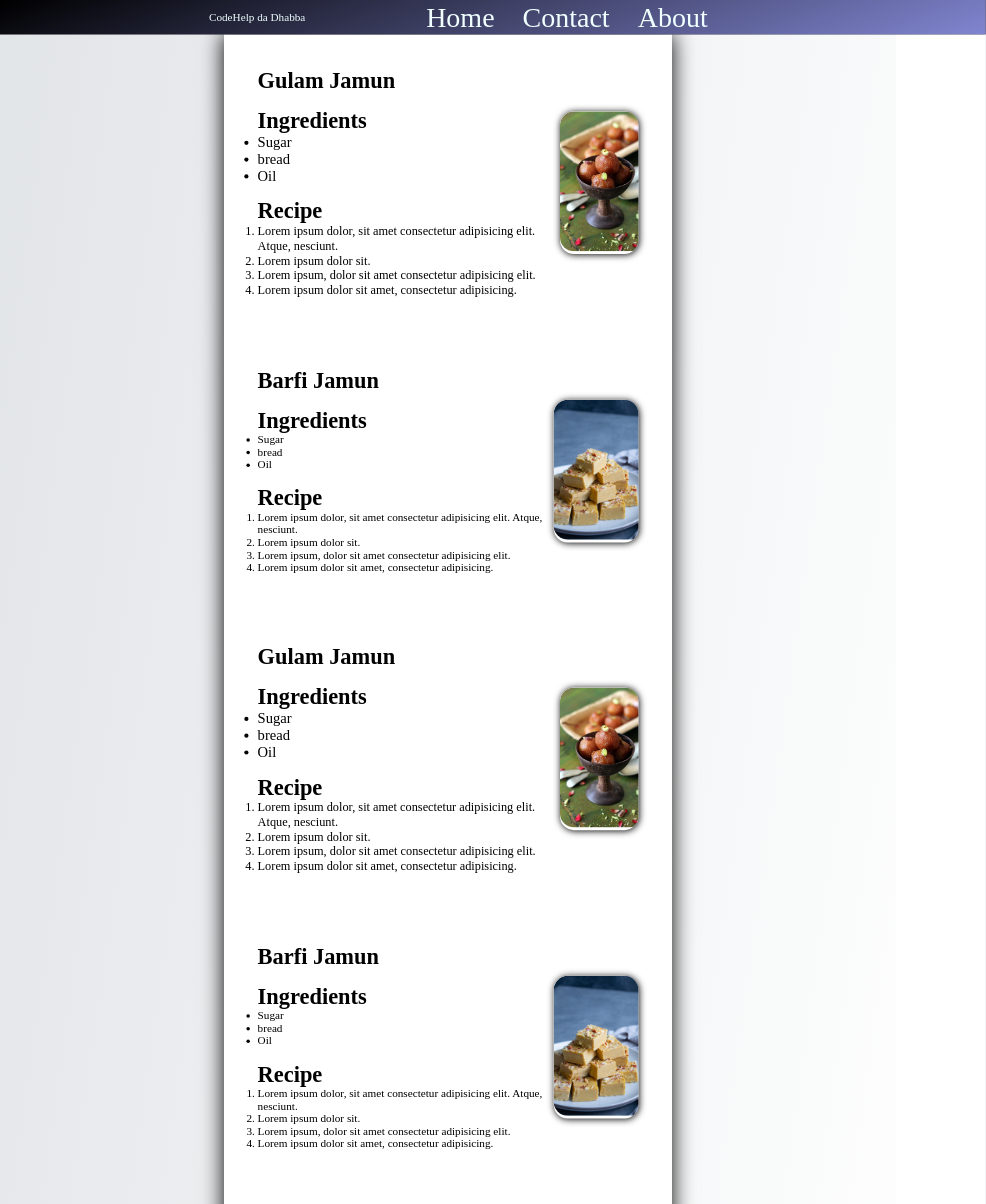
Repository: ssaddamhuss100/Recipe_Html_css
Page: index.html
An editor plug-in stored every save of this project. The page is shown before and after a run of saves, followed by the edit.
The browser window is 1280 px wide. The page is 1408 px wide, so the pictures cover 1408 px, including what lies to the right of the window. The pictures show the part of the page from y = 0 to 1720 px (the page is 2554 px tall before and 2535 px after), at 70% of full size.

Above is the page before, as saved 2024-12-12 10:49:20.

### index.html
<!DOCTYPE html>
<html lang="en">
<head>
    <meta charset="UTF-8">
    <meta http-equiv="X-UA-Compatible" content="IE=edge">
    <meta name="viewport" content="width=device-width, initial-scale=1.0">
    <title>Codehelp da Dhaaba</title>
    <link rel="stylesheet" href="style.css">
</head>
<body>

    <div class="container">

        <header>
            <div class="navContainer">
                <nav>
                    <ul id="navList">
                        <li>
                            <p id="navLogo">CodeHelp da Dhabba</p>
                        </li>
                        <li>
                            <div id="navItems">
                                <a href="#">Home</a>
                                <a href="#">Contact</a>
                                <a href="#">About</a>
                            </div>
                        </li>
                    </ul>
                </nav>
            </div>
        </header>

        <main>
            <div class="contentBox">
                <!-- item 1  -->
                <section>
                    <div class="item">
                        <div class="leftBox">
                            <!-- heaeding -->
                            <h2>Gulam Jamun</h2>

                            <div>
                                <h2>Ingredients</h2>
                                <ul class="ingBox">
                                    <li>Sugar</li>
                                    <li>bread</li>
                                    <li>Oil</li>
                                </ul>
                            </div>

                            <div>
                                <h2>Recipe</h2>
                                <ol class="recipeBox">
                                    <li>Lorem ipsum dolor, sit amet consectetur adipisicing elit. Atque, nesciunt.</li>
                                    <li>Lorem ipsum dolor sit.</li>
                                    <li>Lorem ipsum, dolor sit amet consectetur adipisicing elit.</li>
                                    <li>Lorem ipsum dolor sit amet, consectetur adipisicing.</li>
                                </ol>
                            </div>



                        </div>

                        <div class="rightBox">
                            <img
                                src="bread-gulab-jamun-recipe.jpg"
                            />
                            <div class="overlay">
                                <span> Click here to Buy</span>
                            </div>
                        </div>
                    </div>
                </section>

                <section>
                    <div class="item">
                        <div class="leftBox">
                            <!-- heaeding -->
                            <h2>Barfi Jamun</h2>

                            <div>
                                <h2>Ingredients</h2>
                                <ul>
                                    <li>Sugar</li>
                                    <li>bread</li>
                                    <li>Oil</li>
                                </ul>
                            </div>

                            <div>
                                <h2>Recipe</h2>
                                <ol>
                                    <li>Lorem ipsum dolor, sit amet consectetur adipisicing elit. Atque, nesciunt.</li>
                                    <li>Lorem ipsum dolor sit.</li>
                                    <li>Lorem ipsum, dolor sit amet consectetur adipisicing elit.</li>
                                    <li>Lorem ipsum dolor sit amet, consectetur adipisicing.</li>
                                </ol>
                            </div>



                        </div>
                        <div class="rightBox">
                            <img
                                src="Magaz-5-of-5-2-960x1440.jpg"
                            />
                        </div>
                    </div>
                </section>

                <section>
                    <div class="item">
                        <div class="leftBox">
                            <!-- heaeding -->
                            <h2>Gulam Jamun</h2>

                            <div>
                                <h2>Ingredients</h2>
                                <ul class="ingBox">
                                    <li>Sugar</li>
                                    <li>bread</li>
                                    <li>Oil</li>
                                </ul>
                            </div>

                            <div>
                                <h2>Recipe</h2>
                                <ol class="recipeBox">
                                    <li>Lorem ipsum dolor, sit amet consectetur adipisicing elit. Atque, nesciunt.</li>
                                    <li>Lorem ipsum dolor sit.</li>
                                    <li>Lorem ipsum, dolor sit amet consectetur adipisicing elit.</li>
                                    <li>Lorem ipsum dolor sit amet, consectetur adipisicing.</li>
                                </ol>
                            </div>



                        </div>

                        <div class="rightBox">
                            <img
                                src="bread-gulab-jamun-recipe.jpg"
                            />
                            <div class="overlay">
                                <span> Click here to Buy</span>
                            </div>
                        </div>
                    </div>
                </section>

                <section>
                    <div class="item">
                        <div class="leftBox">
                            <!-- heaeding -->
                            <h2>Barfi Jamun</h2>

                            <div>
                                <h2>Ingredients</h2>
                                <ul>
                                    <li>Sugar</li>
                                    <li>bread</li>
                                    <li>Oil</li>
                                </ul>
                            </div>

                            <div>
                                <h2>Recipe</h2>
                                <ol>
                                    <li>Lorem ipsum dolor, sit amet consectetur adipisicing elit. Atque, nesciunt.</li>
                                    <li>Lorem ipsum dolor sit.</li>
                                    <li>Lorem ipsum, dolor sit amet consectetur adipisicing elit.</li>
                                    <li>Lorem ipsum dolor sit amet, consectetur adipisicing.</li>
                                </ol>
                            </div>



                        </div>
                        <div class="rightBox">
                            <img
                                src="Magaz-5-of-5-2-960x1440.jpg"
                            />
                        </div>
                    </div>
                </section>

                <section>
                    <div class="item">
                        <div class="leftBox">
                            <!-- heaeding -->
                            <h2>Gulam Jamun</h2>

                            <div>
                                <h2>Ingredients</h2>
                                <ul class="ingBox">
                                    <li>Sugar</li>
                                    <li>bread</li>
                                    <li>Oil</li>
                                </ul>
                            </div>

                            <div>
                                <h2>Recipe</h2>
                                <ol class="recipeBox">
                                    <li>Lorem ipsum dolor, sit amet consectetur adipisicing elit. Atque, nesciunt.</li>
                                    <li>Lorem ipsum dolor sit.</li>
                                    <li>Lorem ipsum, dolor sit amet consectetur adipisicing elit.</li>
                                    <li>Lorem ipsum dolor sit amet, consectetur adipisicing.</li>
                                </ol>
                            </div>



                        </div>

                        <div class="rightBox">
                            <img
                                src="bread-gulab-jamun-recipe.jpg"
                            />
                            <div class="overlay">
                                <span> Click here to Buy</span>
                            </div>
                        </div>
                    </div>
                </section>

                <section>
                    <div class="item">
                        <div class="leftBox">
                            <!-- heaeding -->
                            <h2>Barfi Jamun</h2>

                            <div>
                                <h2>Ingredients</h2>
                                <ul>
                                    <li>Sugar</li>
                                    <li>bread</li>
                                    <li>Oil</li>
                                </ul>
                            </div>

                            <div>
                                <h2>Recipe</h2>
                                <ol>
                                    <li>Lorem ipsum dolor, sit amet consectetur adipisicing elit. Atque, nesciunt.</li>
                                    <li>Lorem ipsum dolor sit.</li>
                                    <li>Lorem ipsum, dolor sit amet consectetur adipisicing elit.</li>
                                    <li>Lorem ipsum dolor sit amet, consectetur adipisicing.</li>
                                </ol>
                            </div>



                        </div>
                        <div class="rightBox">
                            <img
                                src="Magaz-5-of-5-2-960x1440.jpg"
                            />
                        </div>
                    </div>
                </section>
            </div>
        </main>

        <footer>
           <div class="footerBox">
                <p>
                    Copyright  &copy; CodeHelp da Dhaaba Pvt Ltd 2023 All Rights Reserved
                </p>
           </div>
        </footer>


    </div>

</body>
</html>

### style.css
*{
    margin: 0;
    padding: 0;
    box-sizing: border-box;
}
.container{
    height: 100%;
    width: 100%;
    overflow-x: none;
    background-color: #e2e5e8;
    background-image: linear-gradient(98deg, #e2e5e8 0%, #ffffff 100%);

}

.navContainer{
    width: 110vw;
    /* background-color: rgba(113, 113, 154, 0.776);
    */
    background-color: #000000;
   background-image: linear-gradient(160deg, #000000 0%, #8085d0 100%);

    min-height: 30px;
    display: flex;
    justify-content: center;
    align-items: center;
    position: relative;
}
nav{
    width: 70%;
}
#navList{
    width: 90%;
    padding: 1px;
    /* margin-left: 15px;
    margin-right: 15px; */
    list-style: none;
    font-size: 2.5rem;
    display: flex;
    justify-content: space-around;
    align-items: center;
}

#navLogo{
    font-size: 1rem;
    color: azure;
}

a{
    text-decoration: none;
    color: azure;
}
#navItems{
    display: flex;
    gap: 40px;

}

footer{
    width: 100%;
}

.footerBox{
    background-color: #000000;
    background-image: linear-gradient(160deg, #000000 0%, #8085d0 100%);

    width: 100%;
    text-align: center;
    min-height: 40px;
}

.footerBox p {
    color: azure;
    font-size: 2rem;
}

.contentBox{
    width: 50%;
    margin: auto;
    /* border: 1px solid black; */
    background-color: white;
    display: flex;
    flex-direction: column;
    gap: 100px;
    padding: 3rem;
    box-shadow: 0px 0px 30px black;
}

.item{
    display: flex;
    justify-content: space-around;
    align-items: center;
}

.rightBox{
    position: relative;
    overflow: hidden;
    transition: all 0.3s linear 0s;
    box-shadow: 1px 1px 10px black;
    border-radius: 20px;
}

.rightBox img{
    height: 200px;
    border-radius: 20px;
    transition: all 0.6s linear 0s;
}

.rightBox:hover{
    transform: scale(1.1);
}

.leftBox{
    display: flex;
    flex-direction: column;
    gap: 20px;
}
.leftBox h2{
    font-size: 2rem;
}

.ingBox{
    font-size: 1.3rem;
}

.recipeBox{
    font-size: 1.1rem;
}

.rightBox .overlay{
    position: absolute;
    top: 0;
    left: 0;
    height: 100%;
    width: 100%;
    background-color: rgba(36, 34, 34, 0.713);
    border-radius: 20px;
    display: flex;
    align-items: center;
    justify-content: center;
    opacity: 0;
    transition: all 0.3s linear 0s;
}

.rightBox:hover .overlay{
    opacity: 1;
}

.rightBox .overlay span{
    color: white;
    font-size: 1.2rem;
}

After the next 4 saves:
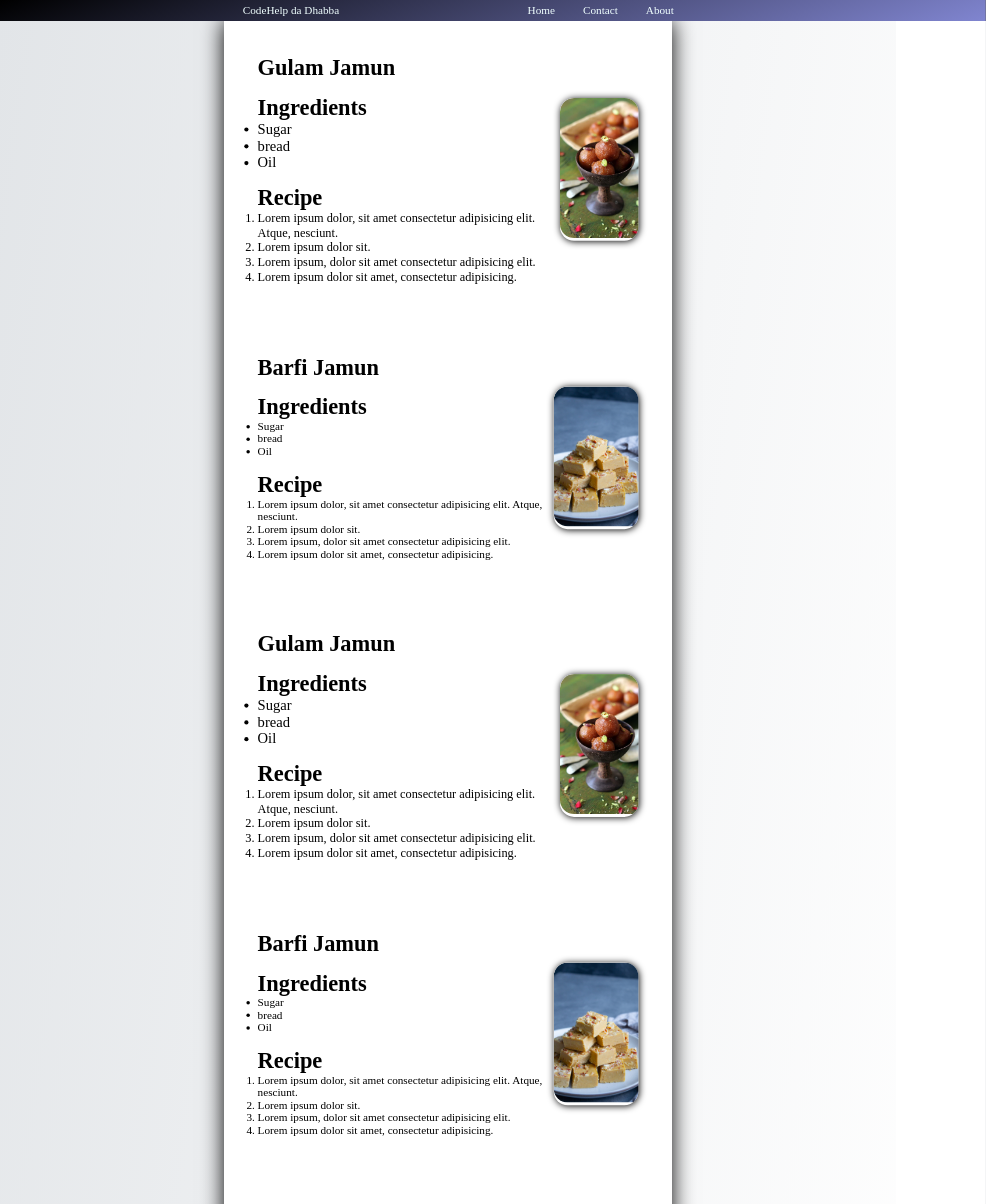
The 4 saves are shown as one change because they came seconds apart.
The last was saved 23 s later.
--- a/style.css
+++ b/style.css
@@ -34,7 +34,7 @@ nav{
     /* margin-left: 15px;
     margin-right: 15px; */
     list-style: none;
-    font-size: 2.5rem;
+    font-size: 1rem;
     display: flex;
     justify-content: space-around;
     align-items: center;
